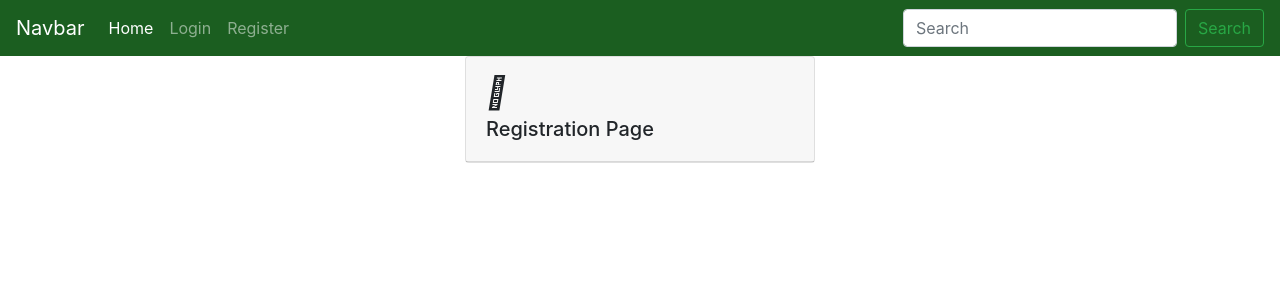
Repository: Chandnim0712/Ecommerce-Spring-Boot-Project
Page: http://localhost/LoginPage/register.jsp
The author's editor kept a copy of each file at every save. The page is drawn from the files as they stood at one save, then again after the next save.
The browser window is 1280 px wide. The pictures show the whole page.
The page is served by Tomcat 9.

Above is the page before, as saved 2025-06-11 20:02:26.

After the next save:
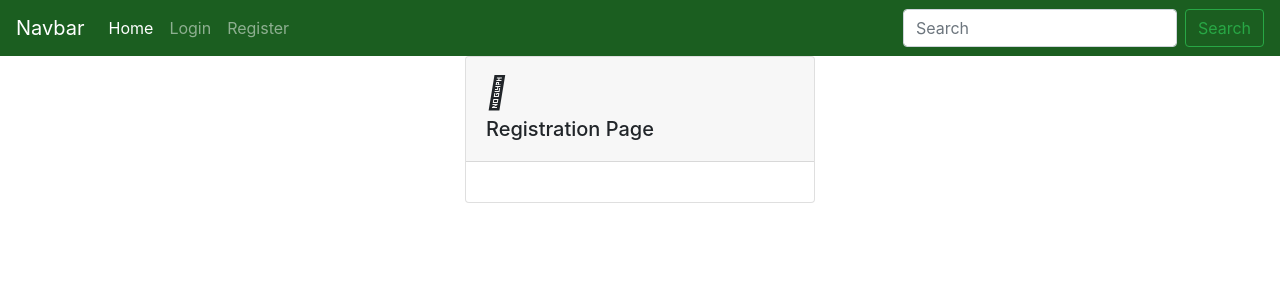
Saved 45 s later.
--- a/LoginPage/src/main/webapp/register.jsp
+++ b/LoginPage/src/main/webapp/register.jsp
@@ -54,6 +54,7 @@
 					<i class="fa-user-circle-o fa-2x"></i>
 					<h5>Registration Page</h5>
 					</div>
+					<div class="card-body"></div>
 				</div>
 			</div>
 		</div>
